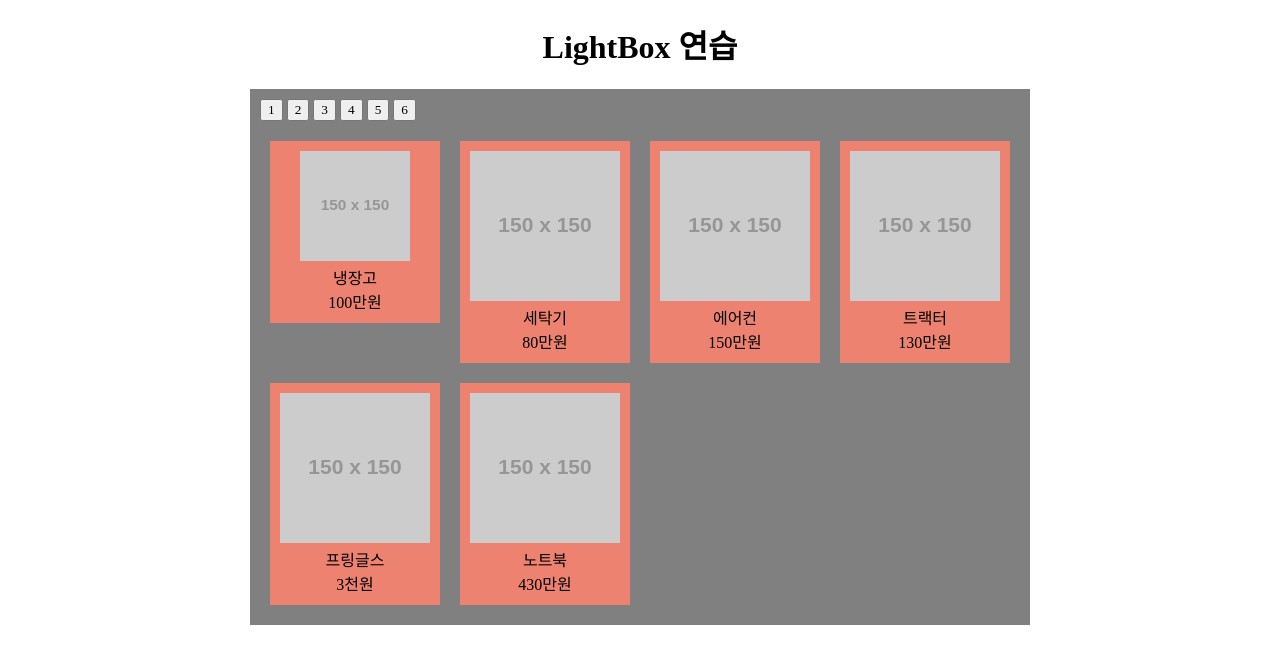
Repository: odasd/Ark-html
Page: 20200416/ex20200416/WebContent/ex01.html
The author's editor kept a copy of each file at every save. The page is drawn from the files as they stood at one save, then again after the next save.
The browser window is 1280 px wide. The pictures show the whole page.
The pointer rests on the first visible `img`.
Some web libraries are served in a nearby version.

Above is the page before, as saved 2020-04-16 01:00:47.

After the next save:
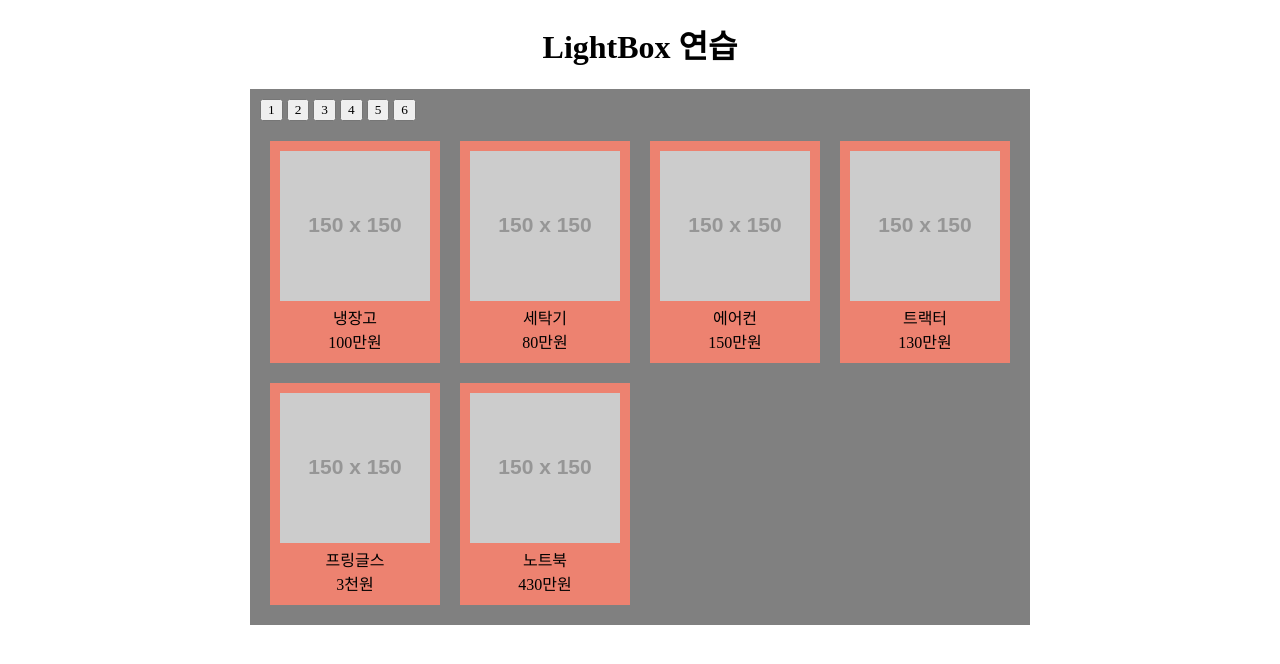
Saved 12 s later.
--- a/20200416/ex20200416/WebContent/ex01.html
+++ b/20200416/ex20200416/WebContent/ex01.html
@@ -12,7 +12,6 @@
 		#menu {width:760px; margin:auto; margin-bottom:10px;}
 		#darken-background {position:absolute; top:0px; left:0px; right:0px; height:100%; display:none; background:rgba(0, 0, 0, 0.5); z-index:10000; overflow-y:scroll;}
         #lightbox {width:700px; margin:20px auto; padding:15px; border: 1px solid #333333; border-radius:5px; background:white; box-shadow:0px 5px 5px rgba(34, 25, 25, 0.4); text-align:center;}
-        img:hover {width:110px; height:110px;}
 	</style>
 </head>
 <body>
